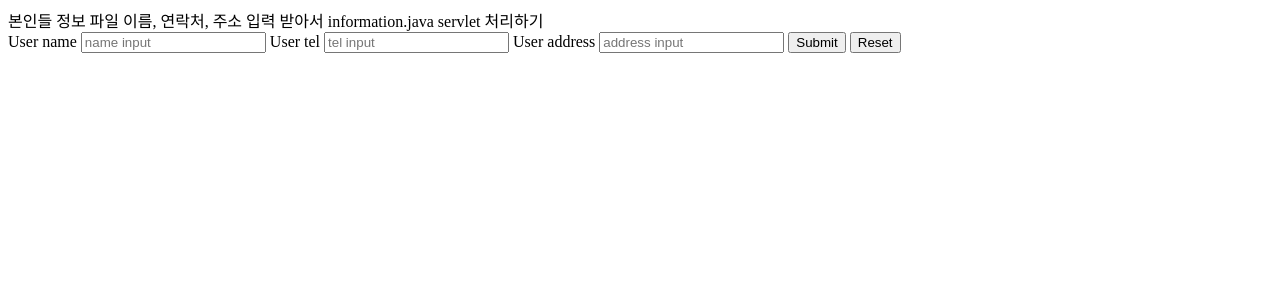
Repository: uhzoo0916/JSP_Servlet
Page: workspace/day54_servlet/WebContent/html/infoForm.html
An editor plug-in stored every save of this project. The page is shown before and after the next save, followed by the edit.
The browser window is 1280 px wide. The pictures show the whole page.

Above is the page before, as saved 2023-06-12 06:49:10.

### workspace/day54_servlet/WebContent/html/infoForm.html
<!DOCTYPE html>
<html><head><meta charset="UTF-8">
<title>infoForm.html </title>
</head>
<body>

본인들 정보 파일 이름, 연락처, 주소 입력 받아서
information.java servlet 처리하기

	<form action="../info" method="post" name = "frm">
		<tr>
			<td>User name</td>
			<td><input type="text" name="name" placeholder="name input"></td>
		</tr>

		<tr>
			<td>User tel</td>
			<td><input type="tel" name="tel" placeholder="tel input"></td>
		</tr>

		<tr>
			<td>User address</td>
			<td><input type="address" name="address" placeholder="address input"></td>
		</tr>

		<tr>
			<td>
			<input type="submit" value="Submit" onclick="sendData()">
			<input type="reset" value="Reset">
			</td>
		</tr>
	</form>

</body>
</html>

After the next save:
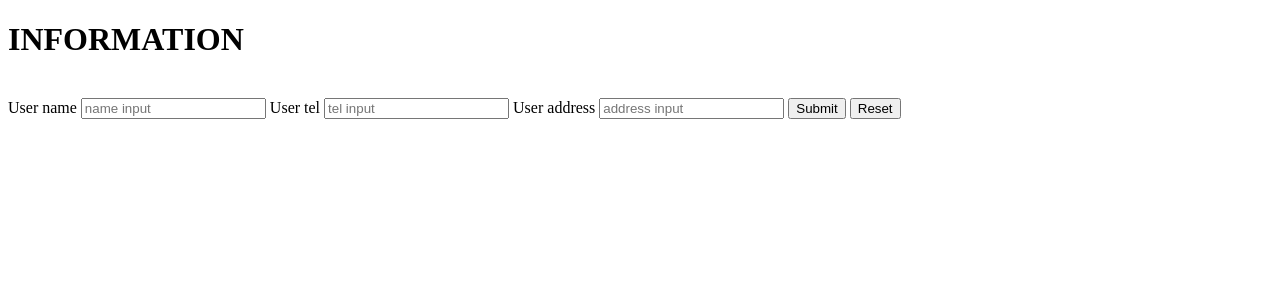
Saved 34 s later.
--- a/workspace/day54_servlet/WebContent/html/infoForm.html
+++ b/workspace/day54_servlet/WebContent/html/infoForm.html
@@ -4,8 +4,7 @@
 </head>
 <body>
 
-본인들 정보 파일 이름, 연락처, 주소 입력 받아서
-information.java servlet 처리하기
+<h1>INFORMATION</h1> </br>
 
 	<form action="../info" method="post" name = "frm">
 		<tr>
